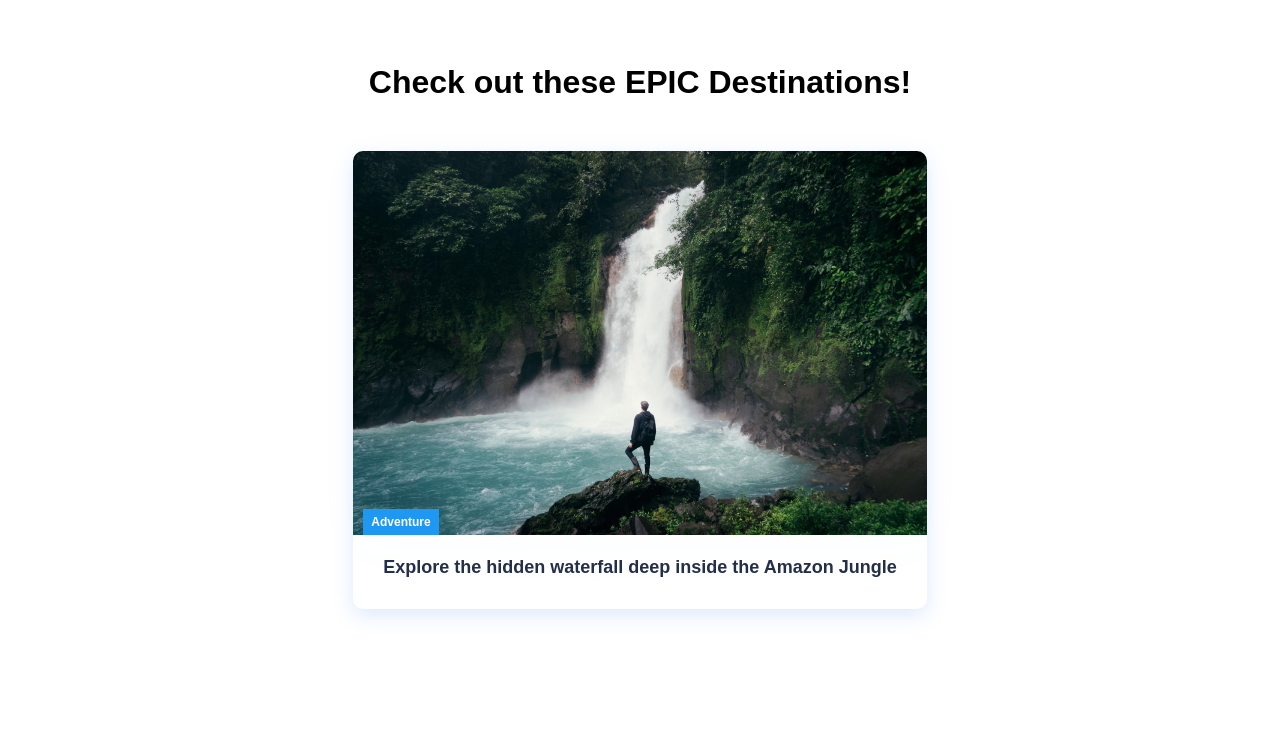
Repository: kate30980/practice-react-lp1
Page: /
The author's editor kept a copy of each file at every save. The page is drawn from the files as they stood at one save, then again after the next save.
The browser window is 1280 px wide. The pictures show the part of the page from y = 800 to 1542 px (the page is 1542 px tall before and 1508 px after).
The project was rebuilt for these pictures with package versions that can differ from the ones it lists, and the page was loaded fresh each time.

Above is the page before, as saved 2021-09-25 12:12:18.

After the next save:
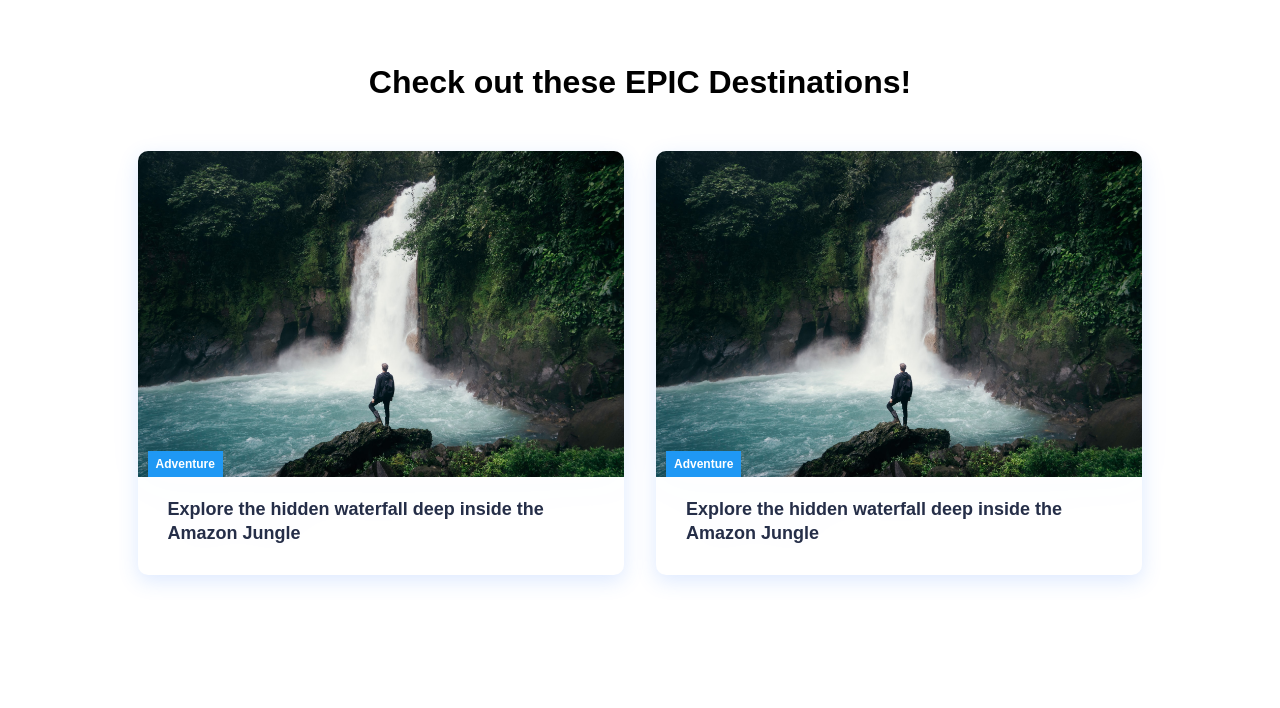
Saved 3 h 2 min later.
--- a/src/components/Cards.js
+++ b/src/components/Cards.js
@@ -15,6 +15,12 @@ function Cards() {
               label="Adventure"
               path="/services"
             />
+            <CardItem
+              src="images/img-9.jpg"
+              text="Explore the hidden waterfall deep inside the Amazon Jungle"
+              label="Adventure"
+              path="/services"
+            />
           </ul>
         </div>
       </div>
